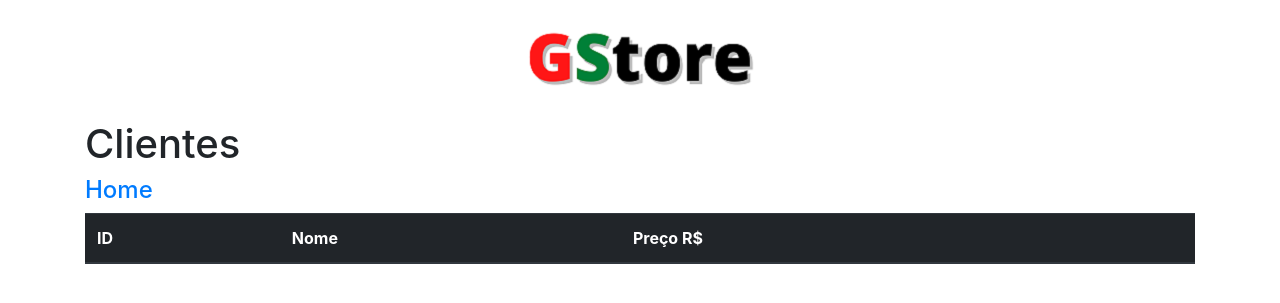
Repository: ElizeusRamos/gstore
Page: http://localhost/GStoreWeb/ClienteController
These files come from the project's save history. The page is drawn as it stood at one moment and after the next save; the edit follows.
The browser window is 1280 px wide. The pictures show the whole page.
The page is served by Tomcat 9.

Above is the page before, as saved 2022-05-29 14:36:29.

After the next save:
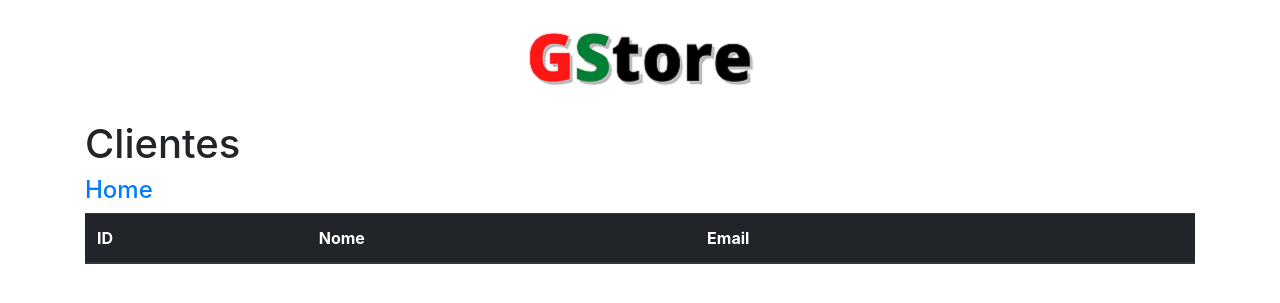
Saved 68 s later.
--- a/GStoreWorkspace/GStoreWeb/WebContent/WEB-INF/Cliente.jsp
+++ b/GStoreWorkspace/GStoreWeb/WebContent/WEB-INF/Cliente.jsp
@@ -24,7 +24,7 @@
 					<tr>
 						<th scope="col">ID</th>
 						<th scope="col">Nome</th>
-						<th scope="col">Preço R$</th>
+						<th scope="col">Email</th>
 						<th scope="col"></th>
 					</tr>
 				</thead>
